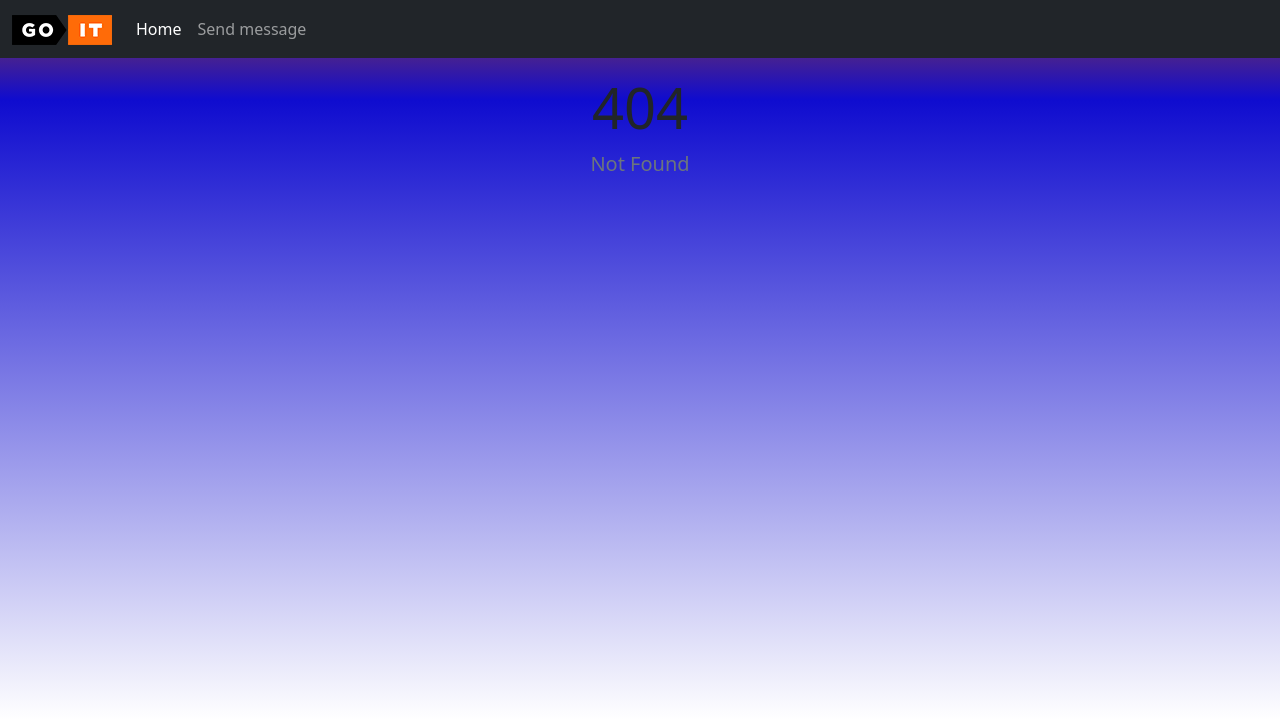
Repository: Nton118/HW_4
Page: error.html
The author's editor kept a copy of each file at every save. The page is drawn from the files as they stood at one save, then again after the next save.
The browser window is 1280 px wide. The pictures show the whole page.

Above is the page before, as saved 2023-06-03 15:00:44.

### error.html
<!DOCTYPE html>
<html lang="en">

<head>
  <meta charset="UTF-8" />
  <meta http-equiv="X-UA-Compatible" content="IE=edge" />
  <meta name="viewport" content="width=device-width, initial-scale=1.0" />
  <title>Document</title>
  <!-- CSS only -->
  <link href="https://cdn.jsdelivr.net/npm/bootstrap@5.2.2/dist/css/bootstrap.min.css" rel="stylesheet"
    integrity="sha384-Zenh87qX5JnK2Jl0vWa8Ck2rdkQ2Bzep5IDxbcnCeuOxjzrPF/et3URy9Bv1WTRi" crossorigin="anonymous" />
  <link rel="stylesheet" href="/style.css" />
</head>

<body>
  <header>
    <nav class="navbar navbar-expand navbar-dark bg-dark" aria-label="Second navbar example">
      <div class="container-fluid">
        <a class="navbar-brand" href="#">
          <img src="/logo.png" alt="logo" />
        </a>
        <div class="collapse navbar-collapse" id="navbarsExample02">
          <ul class="navbar-nav me-auto">
            <li class="nav-item">
              <a class="nav-link active" aria-current="page" href="/">Home</a>
            </li>
            <li class="nav-item">
              <a class="nav-link" href="/message">Send message</a>
            </li>
          </ul>
        </div>
      </div>
    </nav>

    <div class="p-3 pb-md-4 mx-auto text-center">
      <h1 class="display-4 fw-normal">404</h1>
      <p class="fs-5 text-muted">
        Not Found
      </p>
    </div>
  </header>

</body>

</html>

### style.css
html {
  display: flex;
  flex-direction: column;
  height: 100%;
}

body {
  flex: 1;
  background-image: linear-gradient(180deg, #903d3d, #0f0ccf 100px, #fff);
}

.container {
  max-width: 960px;
}

textarea {
  height: 250px;
}

After the next save:
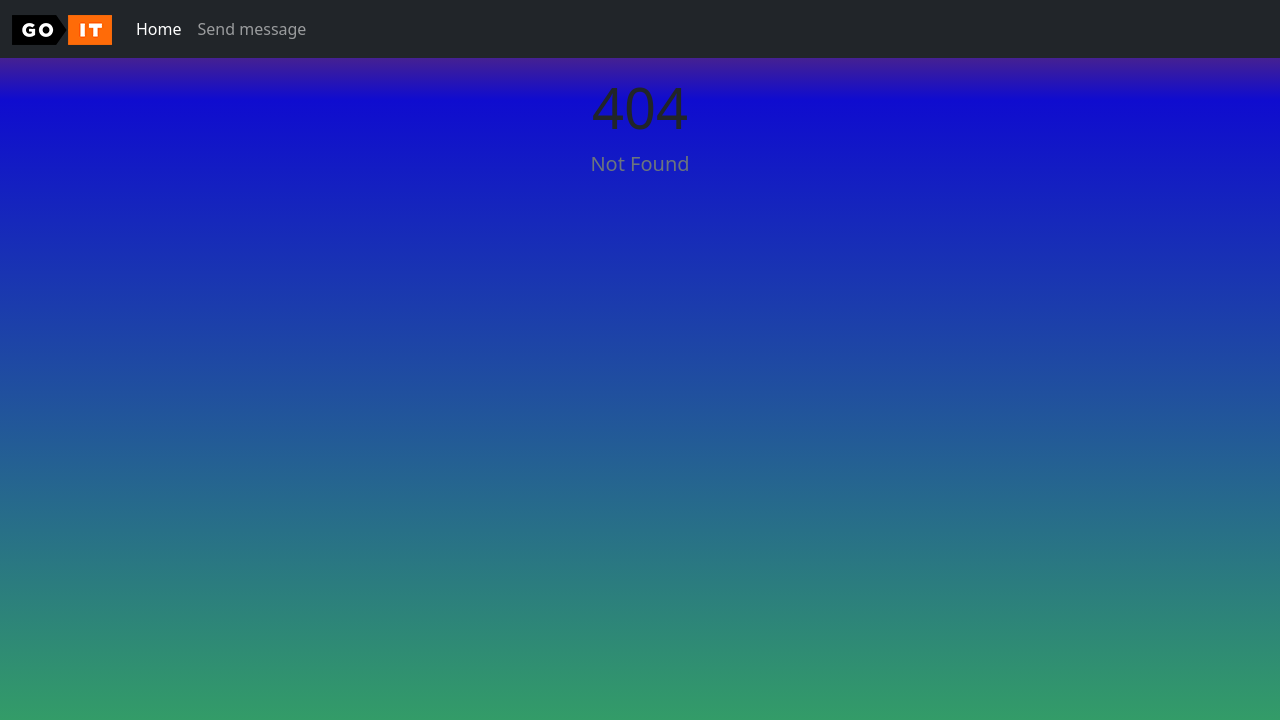
Saved 9 s later.
--- a/style.css
+++ b/style.css
@@ -6,7 +6,7 @@ html {
 
 body {
   flex: 1;
-  background-image: linear-gradient(180deg, #903d3d, #0f0ccf 100px, #fff);
+  background-image: linear-gradient(180deg, #903d3d, #0f0ccf 100px, #339c68);
 }
 
 .container {
